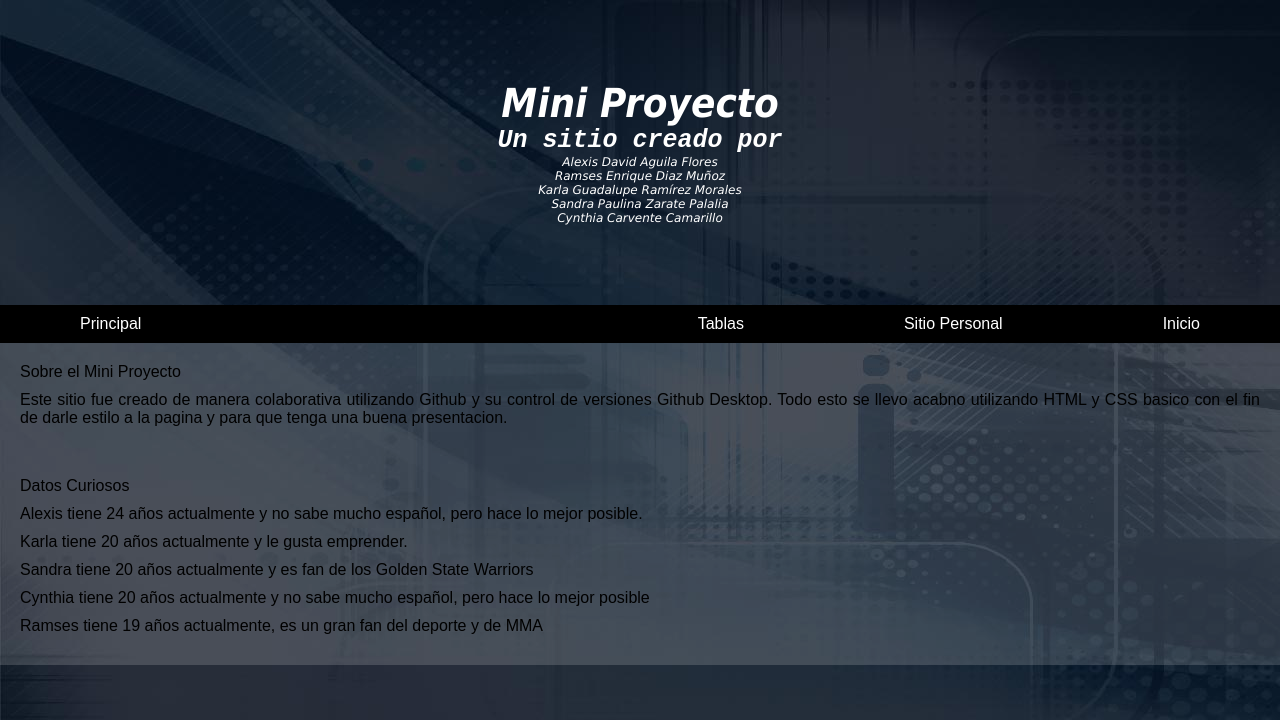
Repository: Dogueen/miniProyectoUniversidad
Page: miniProyecto/principal.html
An editor plug-in stored every save of this project. The page is shown before and after the next save, followed by the edit.
The browser window is 1280 px wide. The pictures show the whole page.

Above is the page before, as saved 2023-10-31 19:14:35.

After the next save:
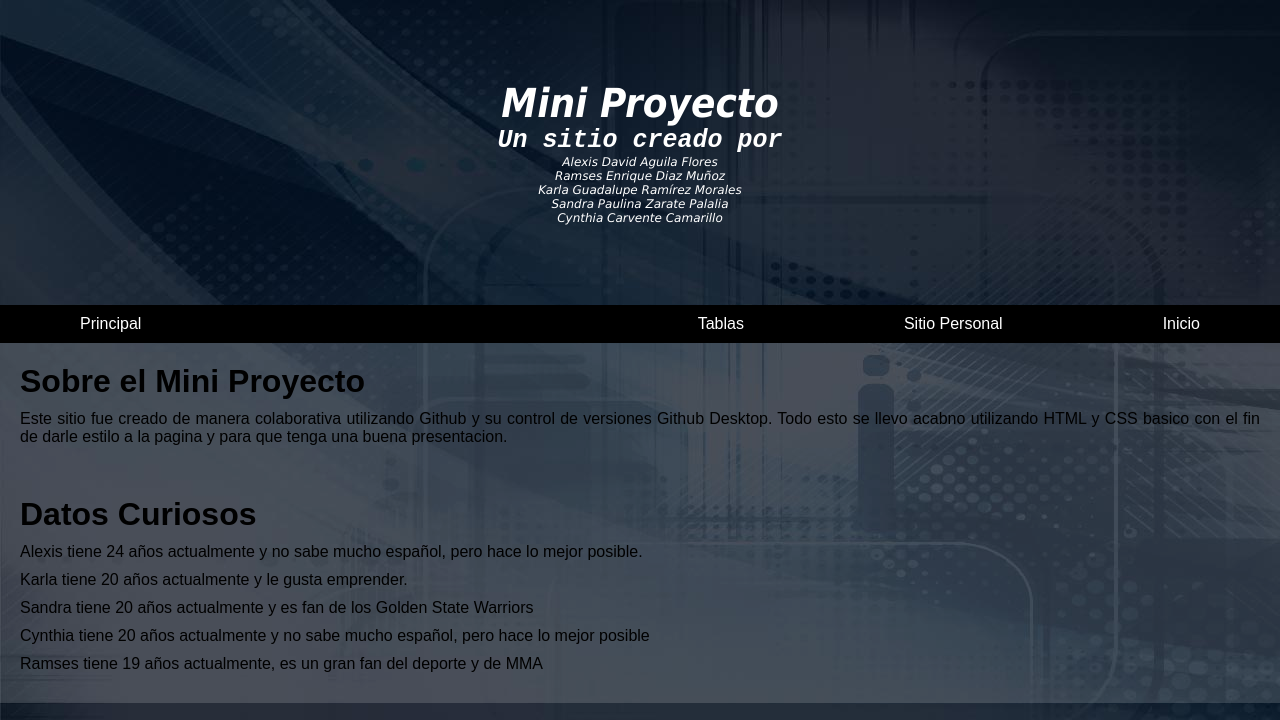
Saved 70 s later.
--- a/miniProyecto/principal.html
+++ b/miniProyecto/principal.html
@@ -34,14 +34,14 @@
 
     <div class="row">
         <d class="side">
-            <caption>Sobre el Mini Proyecto</caption>
+            <h1>Sobre el Mini Proyecto</h1>
             <p class="parat">Este sitio fue creado de manera colaborativa utilizando Github y su control de
                 versiones Github Desktop. Todo esto se llevo acabno utilizando HTML y CSS
                 basico con el fin de darle estilo a la pagina y para que tenga una buena presentacion.
             </p class="parat">
     </div>
     <div class="main">
-        <caption>Datos Curiosos</caption>
+        <h1>Datos Curiosos</h1>
         <p class="parat">Alexis tiene 24 años actualmente y no sabe mucho español, pero hace
             lo mejor posible.
         </p class="parat">
